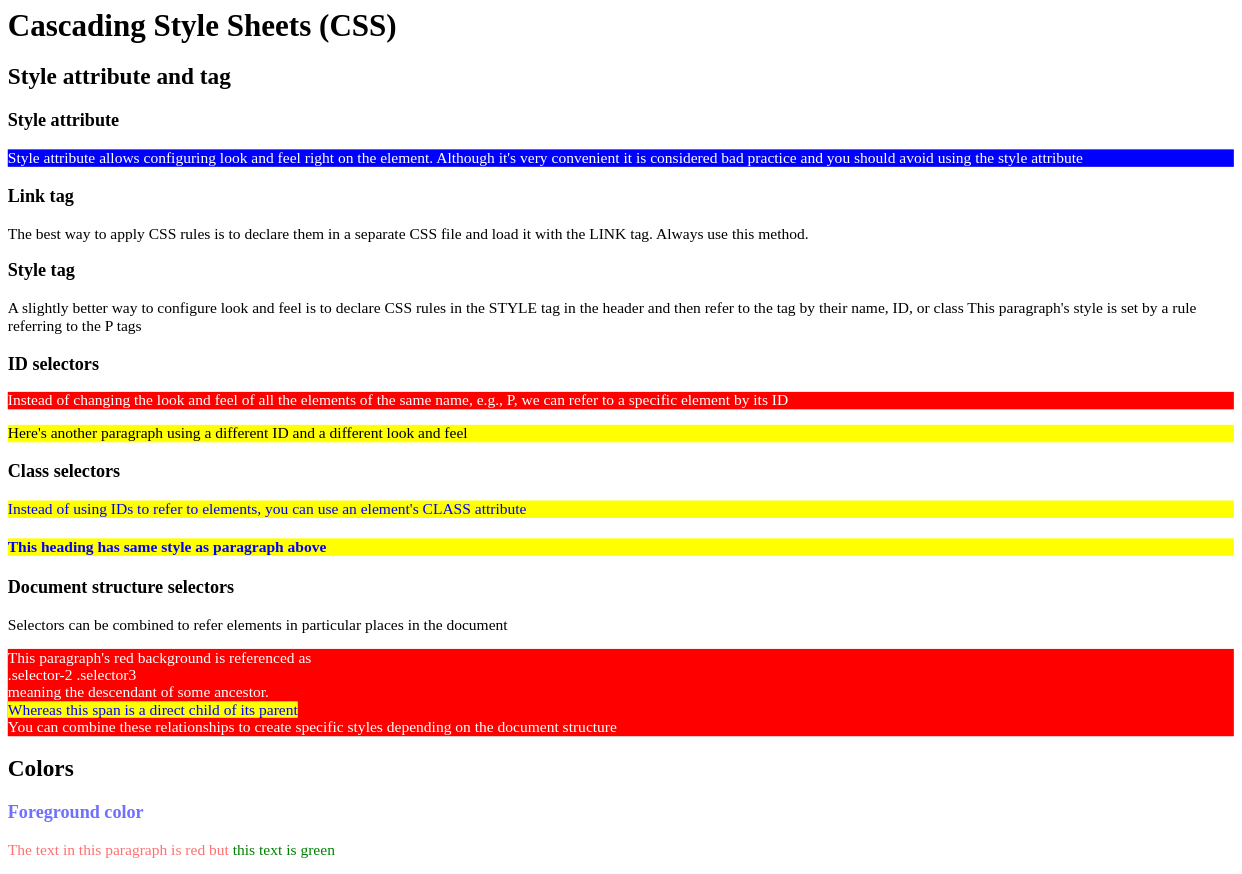
Repository: yuqiant/kanbas-react-web-app
Page: public/labs/a2/index.html
The author's editor kept a copy of each file at every save. The page is drawn from the files as they stood at one save, then again after the next save.
The browser window is 1280 px wide. The pictures show the whole page, at 97% of full size.

Above is the page before, as saved 2023-10-01 19:39:12.

### public/labs/a2/index.html
<html>

<head>
    <!--style>
       p {
           background-color: blue;
           color: white;
       }
   </style>-->
    <link href="index.css" rel="stylesheet" />

</head>

<body>
    <h1>Cascading Style Sheets (CSS)</h1>
    <h2>Style attribute and tag</h2>
    <h3>Style attribute</h3>
    <p style="background-color: blue; color: white">
        Style attribute allows configuring look and feel right on the element. Although it's very convenient it is
        considered bad practice and you should avoid using the style attribute
    </p>
</body>

<h3>Link tag</h3>
<p>
    The best way to apply CSS rules is to declare
    them in a separate CSS file and load it with
    the LINK tag. Always use this method.
</p>




</html>


<h3>Style tag</h3>
<p>
    A slightly better way to configure look and feel
    is to declare CSS rules in the STYLE tag in the
    header and then refer to the tag by their name,
    ID, or class This paragraph's style is set by a
    rule referring to the P tags
</p>

<h3>ID selectors</h3>
<p id="id-selector-1">
    Instead of changing the look and
    feel of all the elements of the
    same name, e.g., P, we can refer
    to a specific element by its ID
</p>
<p id="id-selector-2">
    Here's another paragraph using a
    different ID and a different look
    and feel
</p>

<h3>Class selectors</h3>
<p class="wd-class-selector">
    Instead of using IDs to refer
    to elements, you can use an
    element's CLASS attribute</p>
<h4 class="wd-class-selector">
    This heading has same style as
    paragraph above</h4>


<div class="wd-selector-1">
    <h3>Document structure selectors</h3>
    <div class="wd-selector-2">
        Selectors can be combined to refer elements in
        particular places in the document
        <p class="wd-selector-3">
            This paragraph's red background is referenced as
            <br />.selector-2 .selector3<br />
            meaning the descendant of some ancestor.
            <br />
            <span class="wd-selector-4">Whereas this span is a
                direct child of its parent</span>
            <br />
            You can combine these relationships to create
            specific styles depending on the document
            structure
        </p>
    </div>
</div>

<h2>Colors</h2>
<h3 class="wd-fg-color-blue">Foreground color</h3>
<p class="wd-fg-color-red">
    The text in this paragraph is red but
    <span class="wd-fg-color-green">this text is green</span>
</p>

### public/labs/a2/index.css
/*p {
    background-color: blue;
    color: white;
}*/
p#id-selector-1 {
    background-color: red;
    color: white;
}

p#id-selector-2 {
    background-color: yellow;
    color: black;
}

.wd-class-selector {
    background-color: yellow;
    color: blue;
}

.wd-selector-1 .wd-selector-3 {
    background-color: red;
    color: white;
}

.wd-selector-2>.wd-selector-3>.wd-selector-4 {
    background-color: yellow;
    color: blue;
}

.wd-fg-color-black {
    color: black;
}

.wd-fg-color-white {
    color: white;
}

.wd-fg-color-blue {
    color: #7070ff;
}

.wd-fg-color-red {
    color: #ff7070;
}

.wd-fg-color-green {
    color: green;
}

.wd-bg-color-yellow {
    background-color: #ffff07;
}

.wd-bg-color-blue {
    background-color: #7070ff;
}

.wd-bg-color-red {
    background-color: #ff7070;
}

.wd-bg-color-green {
    background-color: green;
}

After the next save:
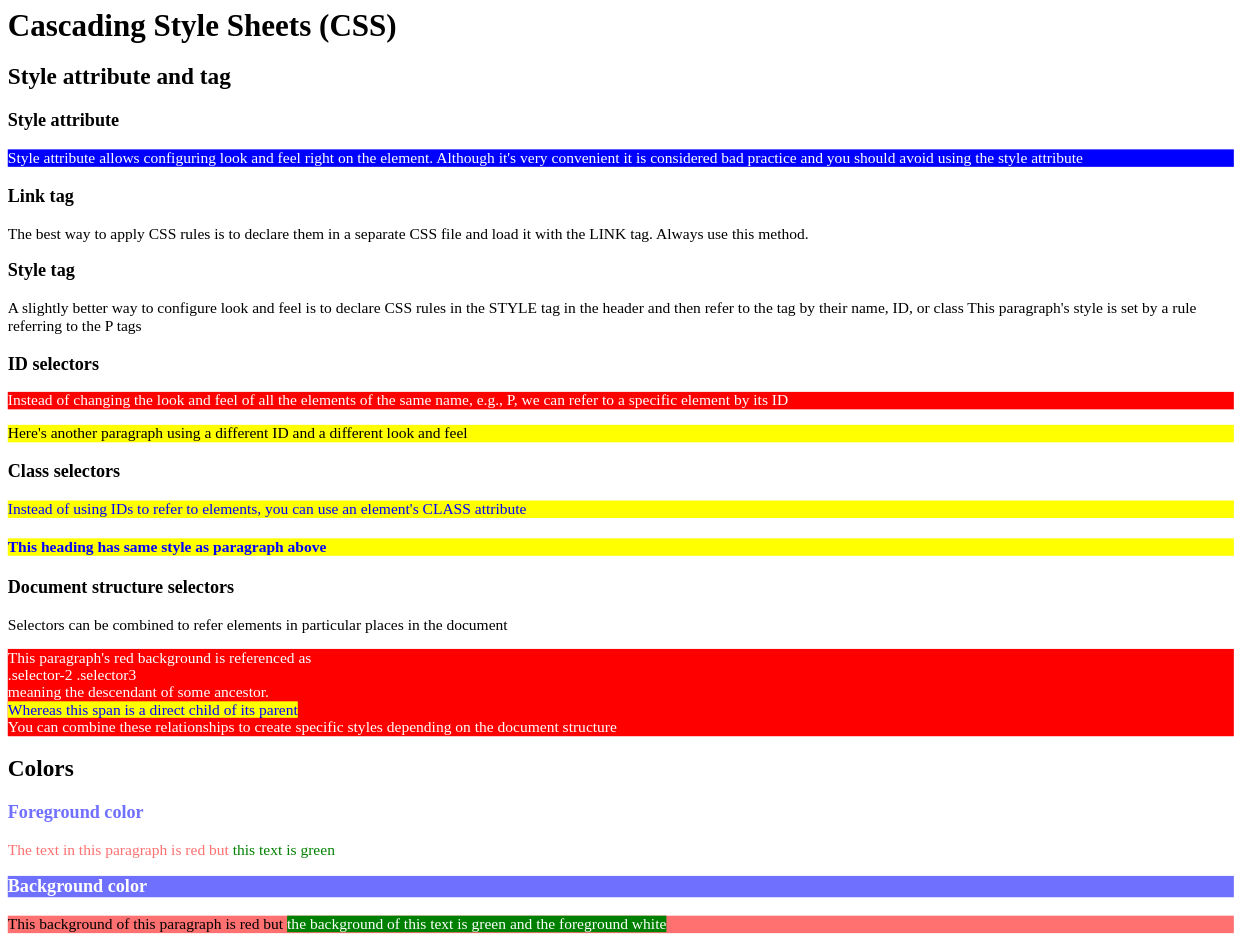
Saved 21 s later.
--- a/public/labs/a2/index.html
+++ b/public/labs/a2/index.html
@@ -92,3 +92,10 @@
     The text in this paragraph is red but
     <span class="wd-fg-color-green">this text is green</span>
 </p>
+
+<h3 class="wd-bg-color-blue wd-fg-color-white">Background color</h3>
+<p class="wd-bg-color-red wd-fg-color-black">
+    This background of this paragraph is red but
+    <span class="wd-bg-color-green wd-fg-color-white"> the background
+        of this text is green and the foreground white</span>
+</p>
